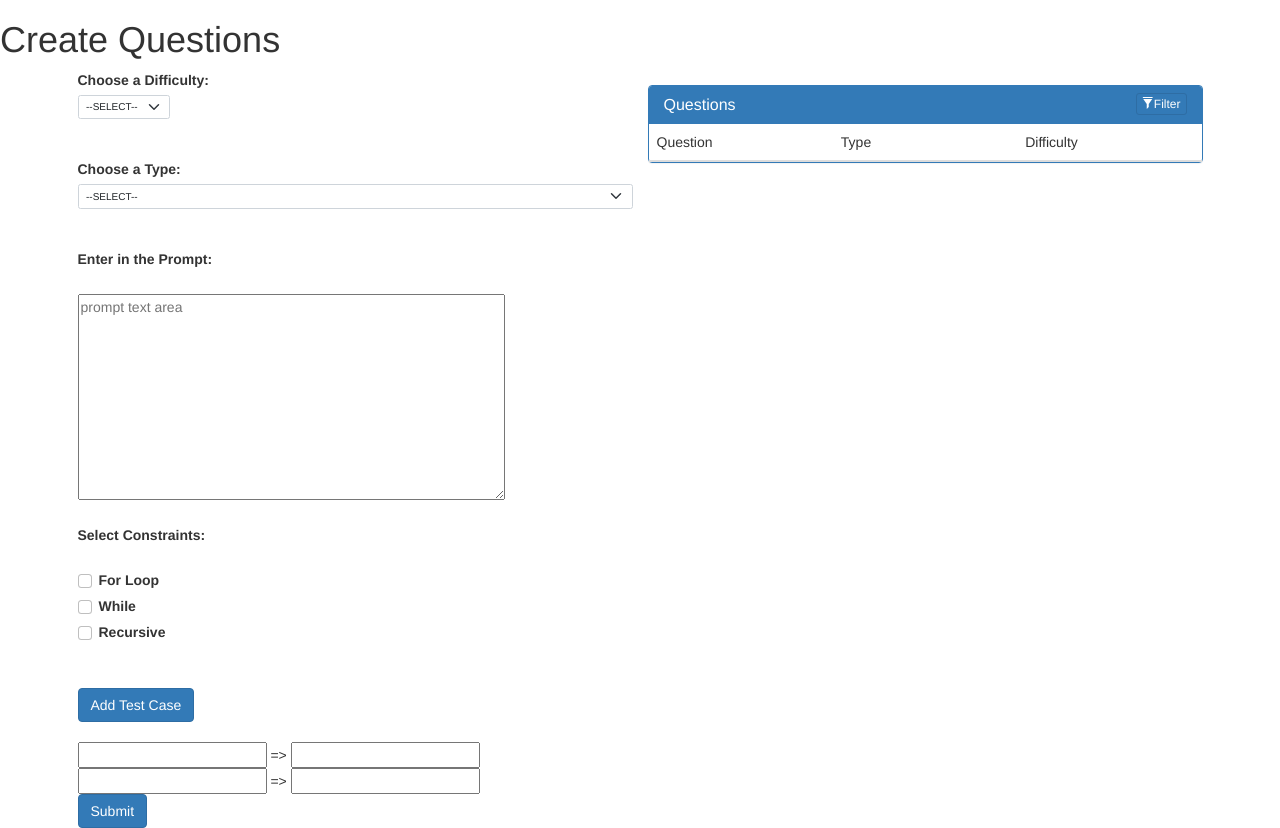
Repository: kavine24/CS490-Python-LMS
Page: html/portal/t/CreateQuestion.html
The author's editor kept a copy of each file at every save. The page is drawn from the files as they stood at one save, then again after the next save.
The browser window is 1280 px wide. The pictures show the whole page.
The page's requests for data from a server got no answer. Some web libraries are served in a nearby version.

Above is the page before, as saved 2022-04-05 18:45:45.

### html/portal/t/CreateQuestion.html
<!DOCTYPE html>
<html>
  <head>
    <title>Create Questions</title>
    <!--<link rel="stylesheet" href="style.css">-->

    <link href="https://cdn.jsdelivr.net/npm/bootstrap@5.1.3/dist/css/bootstrap.min.css" rel="stylesheet" integrity="sha384-1BmE4kWBq78iYhFldvKuhfTAU6auU8tT94WrHftjDbrCEXSU1oBoqyl2QvZ6jIW3" crossorigin="anonymous">
    <link href="//netdna.bootstrapcdn.com/bootstrap/3.1.0/css/bootstrap.min.css" rel="stylesheet" id="bootstrap-css">
    <script src="//code.jquery.com/jquery-1.11.1.min.js"></script>
    <script src="//netdna.bootstrapcdn.com/bootstrap/3.1.0/js/bootstrap.min.js"></script>
  </head>

  <style>
    .filterable {
    margin-top: 15px;
    }
    .filterable .panel-heading .pull-right {
        margin-top: -20px;
    }
    .filterable .filters input[disabled] {
        background-color: transparent;
        border: none;
        cursor: auto;
        box-shadow: none;
        padding: 0;
        height: auto;
    }
    .filterable .filters input[disabled]::-webkit-input-placeholder {
        color: #333;
    }
    .filterable .filters input[disabled]::-moz-placeholder {
        color: #333;
    }
    .filterable .filters input[disabled]:-ms-input-placeholder {
        color: #333;
    }
  </style>

  <body>
    <h1>Create Questions</h1>
    <div class="container">
      <div class="row justify-content-around">
        <div class="col-6">
          <form id="createQuestionForm" onsubmit="submitQuestion()">
            <label for="questionDifficulty">Choose a Difficulty:</label>
            <div class="col-2">
              <select class="form-select" name="questionDifficulty" id="questionDifficulty">
                <option disabled selected value>--SELECT--</option>
                <option value="Easy">Easy</option>
                <option value="Medium">Medium</option>
                <option value="Hard">Hard</option>
              </select>
            </div>

            <br><br>

            <label for="questionType">Choose a Type:</label>
            <select class="form-select col-2" name="questionType" id="questionType">
              <option disabled selected value>--SELECT--</option>
              <option value="For Loop">For Loop</option>
              <option value="While Loop">While Loop</option>
              <option value="Recursion">Recursion</option>
              <option value="Arithmetic">Arithmetic</option>
              <option value="Strings">Strings</option>
            </select>

            <br><br>

            <!--Prompt-->
            <label for="prompt">Enter in the Prompt:</label>
            <br><br>
            <textarea id="prompt" name="prompt" rows="10" cols="50" placeholder="prompt text area"></textarea>
            <br><br>

            <!--Choosing Constraints-->
            <label for="constraints">Select Constraints:</label>
            <br><br>

            <div class="form-check">
              <input class="form-check-input" type="checkbox" id="checkFor">
              <label class="form-check-label">For Loop</label>
            </div>

            <div class="form-check">
              <input class="form-check-input" type="checkbox" id="checkWhile">
              <label class="form-check-label">While</label>
            </div>

            <div class="form-check">
              <input class="form-check-input" type="checkbox" id="checkRecursion">
              <label class="form-check-label">Recursive</label>
            </div>

            <br><br>

            <!--Test Cases-->
            <button class="btn btn-primary" type="button" onclick="addTestCase()">Add Test Case</button>
            <br><br>

            <input class="btn btn-primary" id="submit" type="submit" placeholder="Submit" class="submit"></input>
          </form>
        </div>

        <div class="col-6">
          <div class="panel panel-primary filterable">
            <div class="panel-heading">
              <h3 class="panel-title">Questions</h3>
                <div class="pull-right">
                  <button class="btn btn-primary btn-xs btn-filter"><span class="glyphicon glyphicon-filter"></span>Filter</button>
                </div>
            </div>

            <table class="table">
              <thead>
                <tr class="filters">
                  <th><input type="text" class="form-control" placeholder="Question" disabled></th>
                  <th><input type="text" class="form-control" placeholder="Type" disabled></th>
                  <th><input type="text" class="form-control" placeholder="Difficulty" disabled></th>
                </tr>
              </thead>

              <tbody id="tableBody">
              </tbody>
            </table>
          </div>
        </div>
      </div>
    </div>

    <script>
      $(document).ready(function(){
        $('.filterable .btn-filter').click(function(){
          var $panel = $(this).parents('.filterable'),
          $filters = $panel.find('.filters input'),
          $tbody = $panel.find('.table tbody');
          if ($filters.prop('disabled') == true) {
            $filters.prop('disabled', false);
            $filters.first().focus();
          } else {
            $filters.val('').prop('disabled', true);
            $tbody.find('.no-result').remove();
            $tbody.find('tr').show();
          }
        });

        $('.filterable .filters input').keyup(function(e){
          /* Ignore tab key */
          var code = e.keyCode || e.which;
          if (code == '9') return;

          /* Useful DOM data and selectors */
          var $input = $(this),
          $panel = $input.parents('.filterable'),
          column = $panel.find('.filters th'),
          $table = $panel.find('.table'),
          $rows = $table.find('tbody tr');

          /* Dirtiest filter function ever ;) */
          var $filteredRows = $rows.filter(function(){
            var q = $(this).find('td').eq(0).text().toLowerCase();
            var t = $(this).find('td').eq(1).text().toLowerCase();
            var d = $(this).find('td').eq(2).text().toLowerCase();

            qi = q.indexOf(column[0].childNodes[0].value.toLowerCase());
            ti = t.indexOf(column[1].childNodes[0].value.toLowerCase());
            di = d.indexOf(column[2].childNodes[0].value.toLowerCase());

            notValid = (qi === -1) || (ti === -1) || (di === -1);

            return notValid;
          });
          /* Clean previous no-result if exist */
          $table.find('tbody .no-result').remove();
          /* Show all rows, hide filtered ones (never do that outside of a demo ! xD) */
          $rows.show();
          $filteredRows.hide();
          /* Prepend no-result row if all rows are filtered */
          if ($filteredRows.length === $rows.length) {
            $table.find('tbody').prepend($('<tr class="no-result text-center"><td colspan="'+ $table.find('.filters th').length +'">No result found</td></tr>'));
          }
        });
      });

      // add all necacarry event listeners
      //submit listener
      const form = document.getElementById("createQuestionForm");
      function handleForm(event) { event.preventDefault(); }
      form.addEventListener('submit', handleForm);

      let attemptMade = false;

      const inputs = [];
      const questions = [];

      addTestCase();
      addTestCase();
      updateQuestionTable();

      function addTestCase(){
        const testCase = document.createElement("input");
        const result = document.createElement("input");

        inputs.push({testCase,result});

        document.getElementById("createQuestionForm").insertBefore(testCase, document.getElementById("submit"));
        document.getElementById("createQuestionForm").insertBefore(document.createTextNode(" => "), document.getElementById("submit"));
        document.getElementById("createQuestionForm").insertBefore(result, document.getElementById("submit"));
        document.getElementById("createQuestionForm").insertBefore(document.createElement("br"), document.getElementById("submit"));
      }

      function submitQuestion(){
        var difficulty = document.getElementById('questionDifficulty').value;
        var questionType = document.getElementById('questionType').value;
        var prompt = document.getElementById('prompt').value;
        var constraints = {
          for: document.getElementById('checkFor').checked,
          while: document.getElementById('checkWhile').checked,
          recursive: document.getElementById('checkRecursion').checked
        };

        var inputvals = [];
        var outputvals = [];

        for(let i = 0; i < inputs.length; i++){
          inputvals.push(inputs[i].testCase.value);
          outputvals.push(inputs[i].result.value);
        }

        var anyinputempty = false;

        for(let i = 0; i < inputs.length; i++){
          anyinputempty = inputs[i].testCase.value == "" || inputs[i].result.value == ""? true : anyinputempty
        }

        var requestType = 'CreateQuestionFTM';

        if(difficulty == "" || questionType == "" || prompt == "" || anyinputempty){
          if (!attemptMade) {
            const newDiv = document.createElement("div");
            const newContent = document.createTextNode("Cannot Submit: 1 or more fields invalid");
            newDiv.appendChild(newContent);

            document.getElementById("createQuestionForm").appendChild(document.createElement("br"));
            document.getElementById("createQuestionForm").appendChild(newDiv);
            attemptMade = true;
          }
          else{
              document.getElementById("createQuestionForm").lastChild.innerHTML = "Cannot Submit: 1 or more fields invalid";
          }
        }else{

          const data = {difficulty, questionType, prompt, constraints, inputvals, outputvals, requestType};

          const options = {
            method:'POST',
            headers: {
                "Content-type": "application/json; charset=UTF-8"
            },
            body: JSON.stringify(data)
          };
          fetch('http://cs490testcenter.ddns.net:50000/portal/frontBrowser.php', options)
          .then(response => response.json())
          .then(data => {
            if(data.didWork == 1){
              location.assign('http://cs490testcenter.ddns.net:50000/portal/t/CreateQuestion.html');
            }else{
              if (!attemptMade) {
              const newDiv = document.createElement("div");
              const newContent = document.createTextNode("Error Making Quesiton!");
              newDiv.appendChild(newContent);

              document.getElementById("createQuestionForm").appendChild(document.createElement("br"));
              document.getElementById("createQuestionForm").appendChild(newDiv);
              attemptMade = true;
              }
              else{
                document.getElementById("createQuestionForm").lastChild.innerHTML = "Error Making Quesiton!";
              }
            }
          })
          .catch((error) => {
            console.error('Error:', error);
          });
        }
      }

      function updateQuestionTable(){
        let requestType = "DisplayQuestionsFTM"
        const data = {requestType};

        const options = {
          method:'POST',
          headers: {
              "Content-type": "application/json; charset=UTF-8"
          },
          body: JSON.stringify(data)
        };
        fetch('http://cs490testcenter.ddns.net:50000/portal/frontBrowser.php', options)
        .then(response => response.json())
        .then(data => {
          for(let i = 0; i < data.length; i++){
            const tr = document.createElement("tr");

            const questionText = document.createElement("td");
            const typeText = document.createElement("td");
            const difficultyText = document.createElement("td");

            questionText.innerHTML = data[i].question;
            typeText.innerHTML = data[i].type;
            difficultyText.innerHTML = data[i].difficulty;

            tr.appendChild(questionText);
            tr.appendChild(typeText);
            tr.appendChild(difficultyText);

            questions.push({
              question: data[i],
              row: tr
            });

            document.getElementById("tableBody").appendChild(tr);
          }
        })
        .catch((error) => {
          console.error('Error:', error);
        });
      }
    </script>
  </body>
</html>

After the next save:
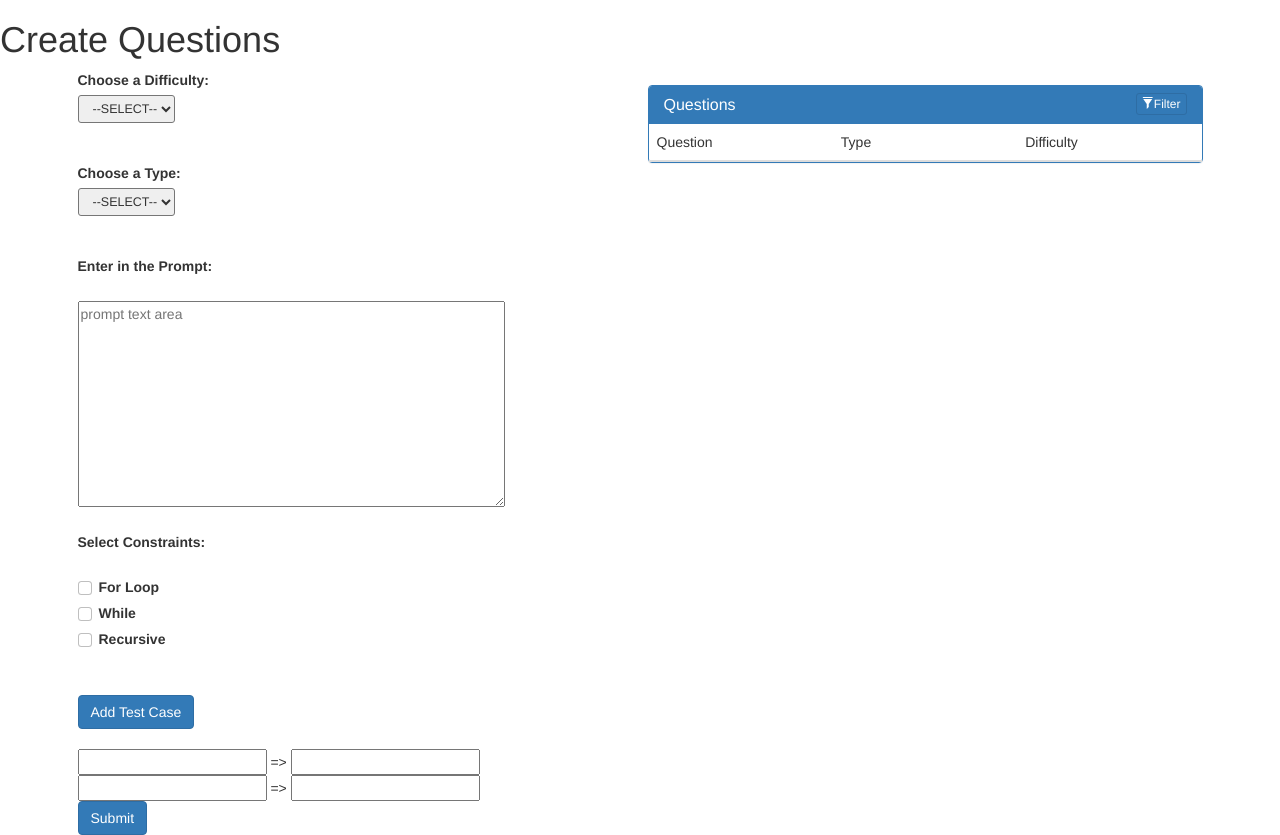
Saved 56 s later.
--- a/html/portal/t/CreateQuestion.html
+++ b/html/portal/t/CreateQuestion.html
@@ -44,7 +44,7 @@
           <form id="createQuestionForm" onsubmit="submitQuestion()">
             <label for="questionDifficulty">Choose a Difficulty:</label>
             <div class="col-2">
-              <select class="form-select" name="questionDifficulty" id="questionDifficulty">
+              <select class="form-select-lg" name="questionDifficulty" id="questionDifficulty">
                 <option disabled selected value>--SELECT--</option>
                 <option value="Easy">Easy</option>
                 <option value="Medium">Medium</option>
@@ -55,14 +55,16 @@
             <br><br>
 
             <label for="questionType">Choose a Type:</label>
-            <select class="form-select col-2" name="questionType" id="questionType">
-              <option disabled selected value>--SELECT--</option>
-              <option value="For Loop">For Loop</option>
-              <option value="While Loop">While Loop</option>
-              <option value="Recursion">Recursion</option>
-              <option value="Arithmetic">Arithmetic</option>
-              <option value="Strings">Strings</option>
-            </select>
+            <div class="col-2">
+              <select class="form-select-lg" name="questionType" id="questionType">
+                <option disabled selected value>--SELECT--</option>
+                <option value="For Loop">For Loop</option>
+                <option value="While Loop">While Loop</option>
+                <option value="Recursion">Recursion</option>
+                <option value="Arithmetic">Arithmetic</option>
+                <option value="Strings">Strings</option>
+              </select>
+            </div>
 
             <br><br>
 
